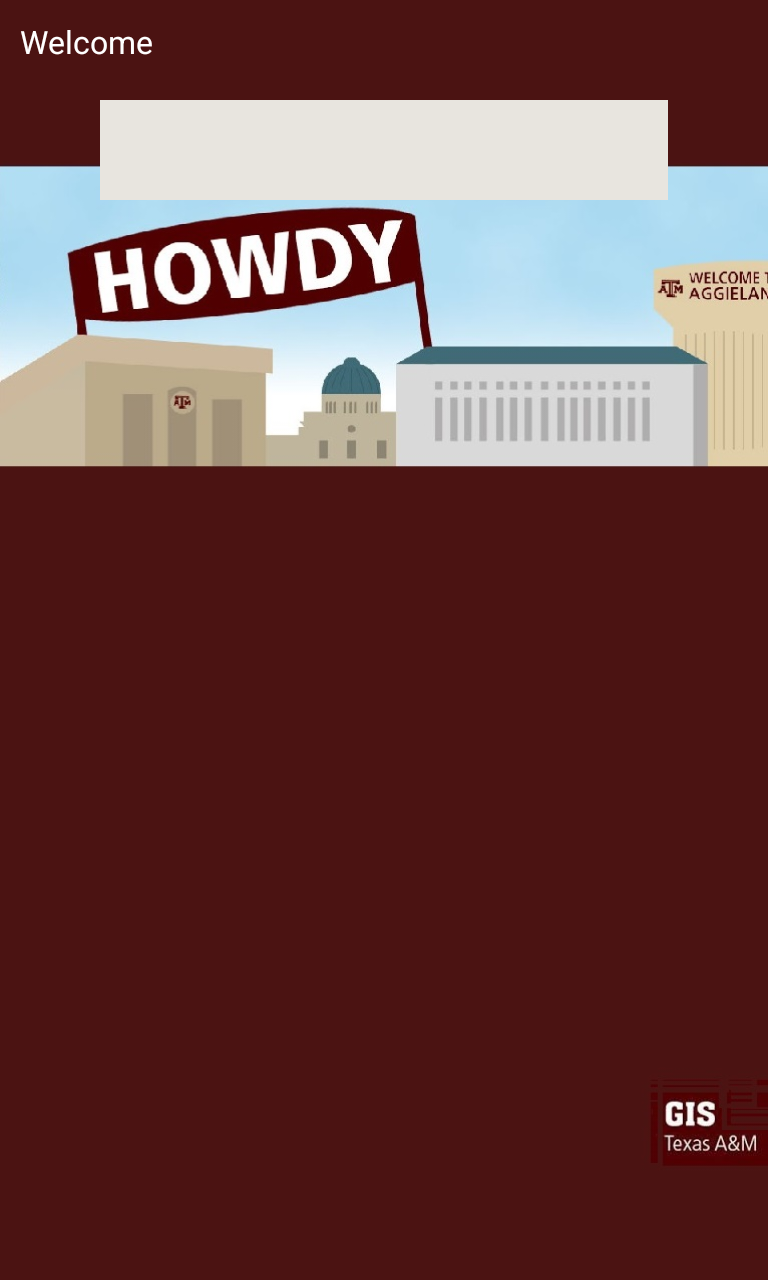
Repository: jannelg92/ANDROIDAPP
Layout: GEOINNOVATION/TAMUgis-dayEvents/res/layout/main_home.xml
An editor plug-in stored every save of this project. The layout is shown before and after the next save, followed by the edit.
It is drawn on a 768 x 1280 px phone screen (xhdpi) without system bars, with theme AppTheme; the app's code is not run. Lists and similar views that code fills are empty.

Above is the layout before, as saved 2014-04-19 00:39:37.

After the next save:
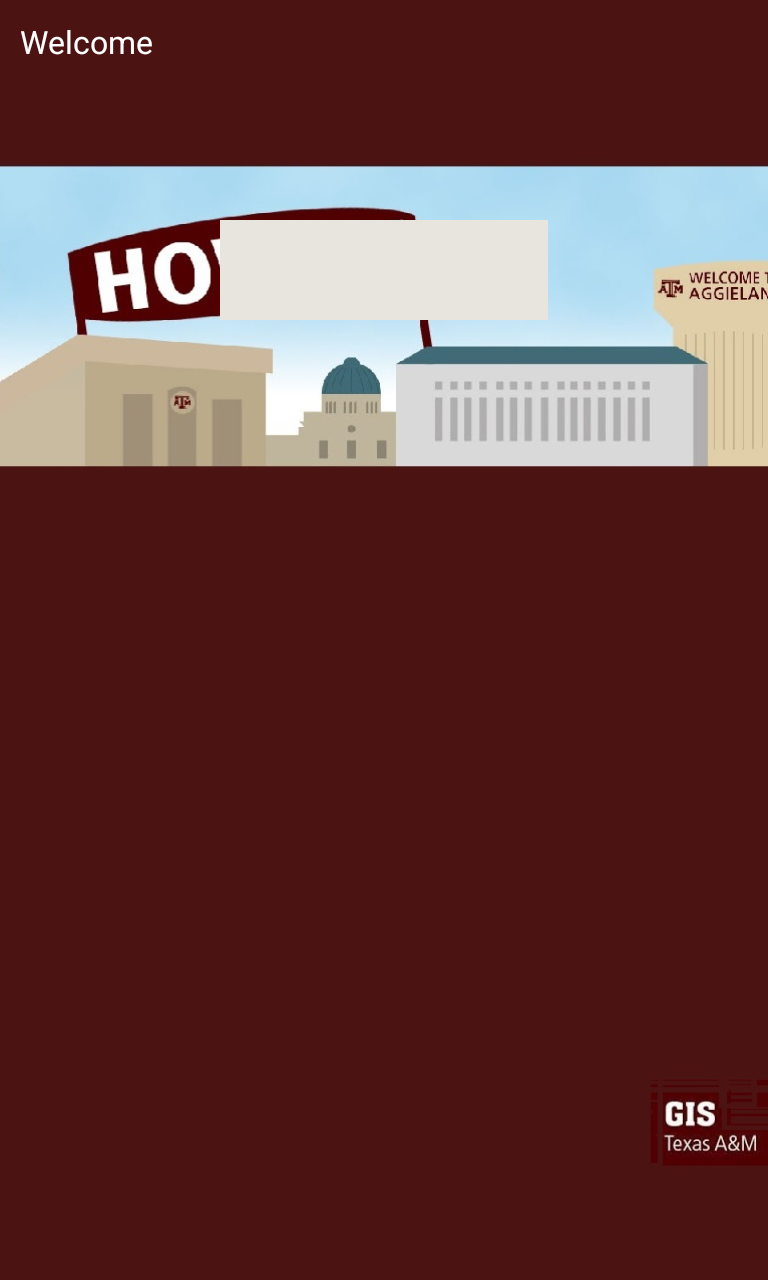
Saved 33 s later.
--- a/GEOINNOVATION/TAMUgis-dayEvents/res/layout/main_home.xml
+++ b/GEOINNOVATION/TAMUgis-dayEvents/res/layout/main_home.xml
@@ -31,7 +31,7 @@
         android:id="@+id/event_b"
         android:layout_width="match_parent"
         android:layout_height="50dp"
-        android:layout_margin="40dp"
+        android:layout_margin="100dp"
         android:layout_marginBottom="100dp"
         android:background="#E8E5DF"
         android:clickable="true"

After the save that followed:
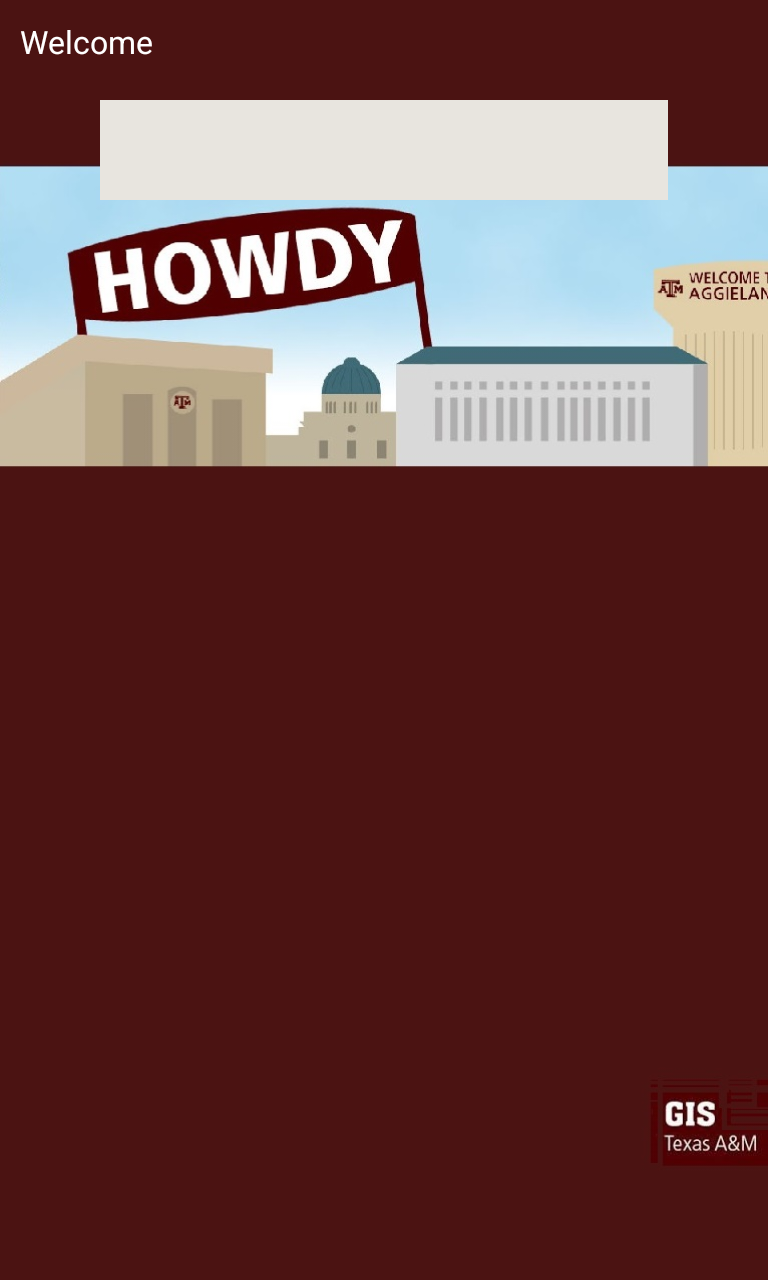
Saved 10 s later.
--- a/GEOINNOVATION/TAMUgis-dayEvents/res/layout/main_home.xml
+++ b/GEOINNOVATION/TAMUgis-dayEvents/res/layout/main_home.xml
@@ -31,11 +31,11 @@
         android:id="@+id/event_b"
         android:layout_width="match_parent"
         android:layout_height="50dp"
-        android:layout_margin="100dp"
+        android:layout_margin="40dp"
         android:layout_marginBottom="100dp"
         android:background="#E8E5DF"
         android:clickable="true"
-        android:scrollY="500px"
+        android:scrollY="200px"
         android:text="@string/title_section2"
         android:textSize="@dimen/small_text" />
 
